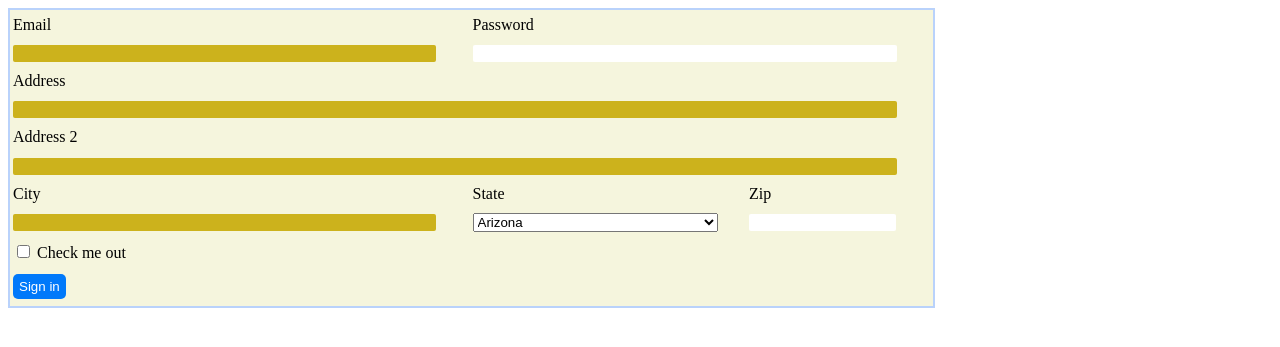
Repository: LongNguyen2504/T3H-FrondEnd
Page: Lesson2_CSS_HomeWork1.html
The author's editor kept a copy of each file at every save. The page is drawn from the files as they stood at one save, then again after the next save.
The browser window is 1280 px wide. The pictures show the whole page.

Above is the page before, as saved 2021-11-29 20:28:34.

### Lesson2_CSS_HomeWork1.html
<!DOCTYPE html>
<html lang="en">
<head>
    <meta charset="UTF-8">
    <meta http-equiv="X-UA-Compatible" content="IE=edge">
    <meta name="viewport" content="width=device-width, initial-scale=1.0">
    <title>Document</title>
    <link rel="stylesheet" href="Lesson2_CSS_HomeWork1.css">
</head>
<body>
    <form>
       <div>
        <table>
            <tr>
                <td colspan="1" ><label for="email">Email</label> </td>
                <td colspan="2" ><label for="password">Password</label></td>
            </tr>
            <tr>
                <td colspan="1" class="td-email"><input type="text" name="email" id="input-email"></td>
                <td colspan="2" class="td-password"><input type="password" name="password" id="input-password"></td>
            </tr>
            <tr>
                <td colspan="3">
                    <label for="address1">Address</label>
                </td>
            </tr>
            <tr>
                <td colspan="3">
                    <input type="text" name="address1" id="address1" class="address1">
                </td>
            </tr>
            <tr>
                <td colspan="3">
                    <label for="address2">Address 2</label>
                </td>
            </tr>
            <tr>
                <td colspan="3">
                    <input type="text" name="address2" id="address2" class="address2">
                </td>
            </tr>
            <tr>
                <td>
                    <label for="city">City</label>
                </td>
                <td>
                    <label id="label-state" for="state">State</label>
                </td>
                <td>
                    <label for="zipcode">Zip</label>
                </td>
            </tr>
            <tr>
                <td class="td-city">
                    <input type="text" name="city" id="input-city">
                </td>
                <td class="td-state">
                    <select name="state" id="input-state">
                        <option value="Arizona" selected>Arizona</option>
                        <option value="California">California</option>
                    </select>
                </td>
                <td class="td-zip">
                    <input type="number" name="zip" id="input-zip" maxlength="6">
                </td>
            </tr>
            <tr>
                <td>
                    <input type="checkbox" name="check" id="check">
                    <label id="label-check" for="check">Check me out</label>
                </td>
            </tr>
            <tr>
                <td>
                    <input type="submit" value="Sign in" id="submit-button">
                </td>
            </tr>
        </table>
       </div>
    </form>
</body>
</html>

### Lesson2_CSS_HomeWork1.css
input{
    border-radius: 2px;
    border:none;
}
#submit{
    background-color: #a7d2fc;
}
table{
    /* width: 450px;
    height: 300px;  */
    /* width: 75%; */
    background-color: #f5f5dd;
    border: 2px solid #b9d2fb;
    height: 300px;
}
div{
    /* padding: 30px;
    background-color: wheat;
    width: 50%; */
}
/* form{
    width: 100%;
    height: 350px;
} */
.address1,.address2{
    width: 96%;
}
.td-city{
    width: 50%;
}
.td-state{
    width: 30%;
}
.td-zip{
    width: 20%;
}
.td-city #input-city{
    width: 92%;
}
.td-state #input-state{
    width: 90%;
}
.td-zip #input-zip{
    width: 79%;
}
.td-email #input-email{
    width: 92%;
}
.td-password #input-password{
    width: 92%;
}
#submit-button{
    color: white;
    border-radius: 5px;
    height: 25px;
    background-color: #0079fa;
}
input[type="text"]{
    background-color: rgb(204, 178, 28);
}
label::after{
    content: This is a select element;
}

After the next save:
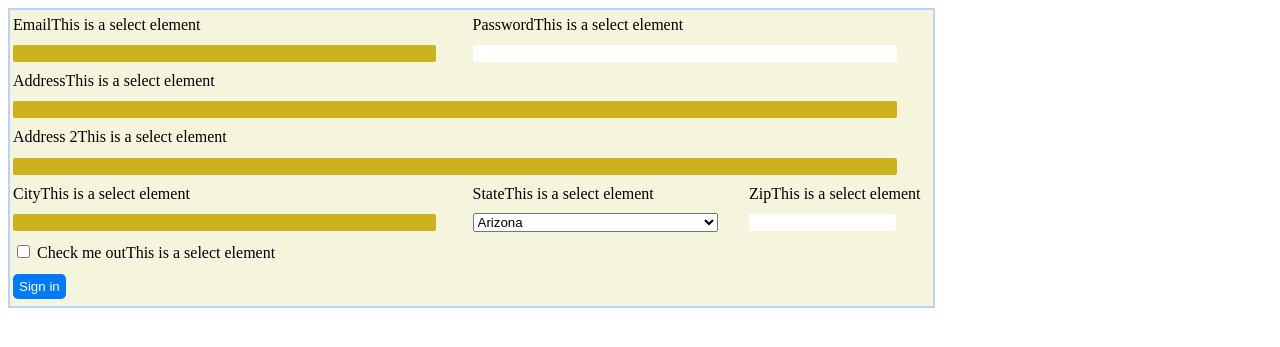
Saved 18 s later.
--- a/Lesson2_CSS_HomeWork1.css
+++ b/Lesson2_CSS_HomeWork1.css
@@ -59,5 +59,5 @@ input[type="text"]{
     background-color: rgb(204, 178, 28);
 }
 label::after{
-    content: This is a select element;
+    content: "This is a select element";
 }

After the save that followed:
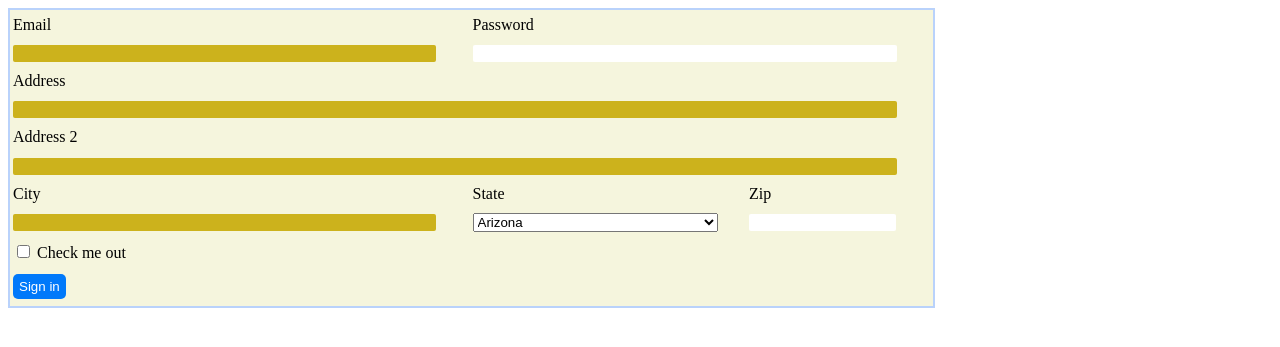
Saved 22 s later.
--- a/Lesson2_CSS_HomeWork1.css
+++ b/Lesson2_CSS_HomeWork1.css
@@ -58,6 +58,6 @@ div{
 input[type="text"]{
     background-color: rgb(204, 178, 28);
 }
-label::after{
+label #label-state::after{
     content: "This is a select element";
 }
